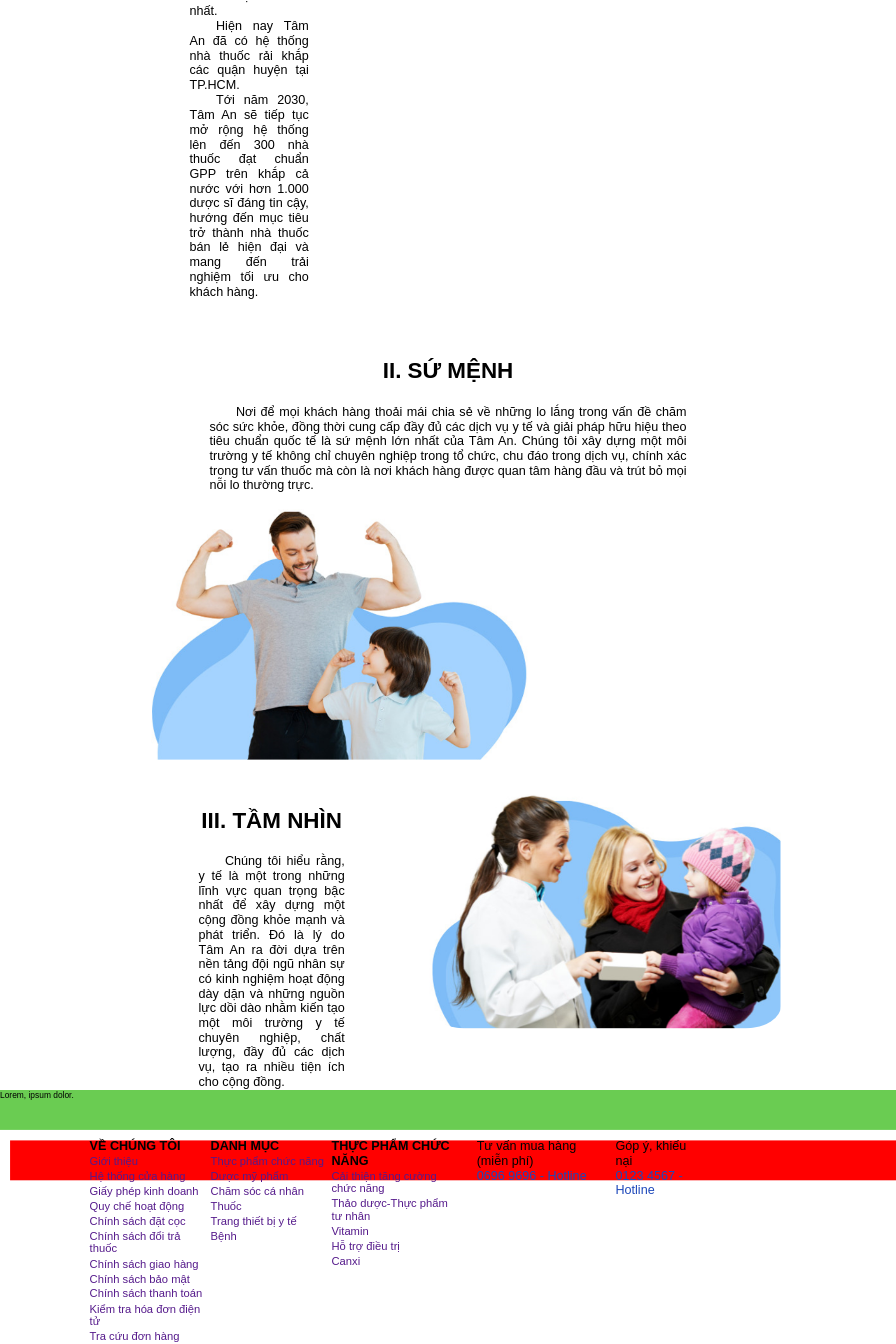
Repository: ViralAIWorks/TamAnPharmacy.github.io
Page: pages/thongtin.html
An editor plug-in stored every save of this project. The page is shown before and after the next save, followed by the edit.
The browser window is 1280 px wide. The pictures show the part of the page from y = 1053 to 2973 px (the page is 2973 px tall), at 70% of full size.
Some web fonts or font styles are not loaded; a fallback is used.

Above is the page before, as saved 2022-03-14 10:45:32.

After the next save:
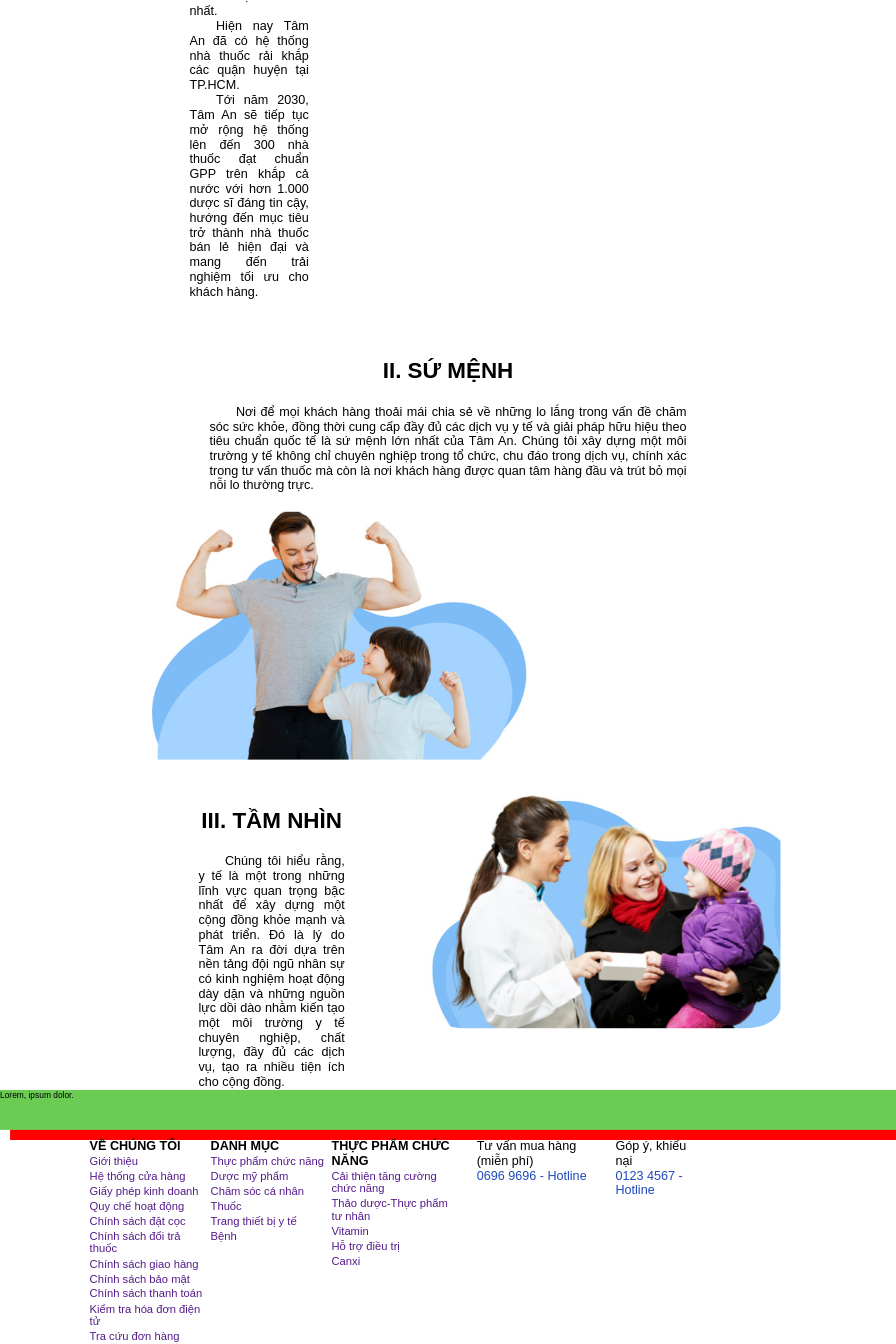
Saved 13 s later.
--- a/pages/style/style_cactrang.css
+++ b/pages/style/style_cactrang.css
@@ -211,7 +211,7 @@ main {
 .ft-bar {
     background-color: rgb(106, 204, 82);
     height: 8vh;
-    box-shadow: 2vh 10vh red;
+    box-shadow: 2vh 2vh red;
 }
 
 .list {
